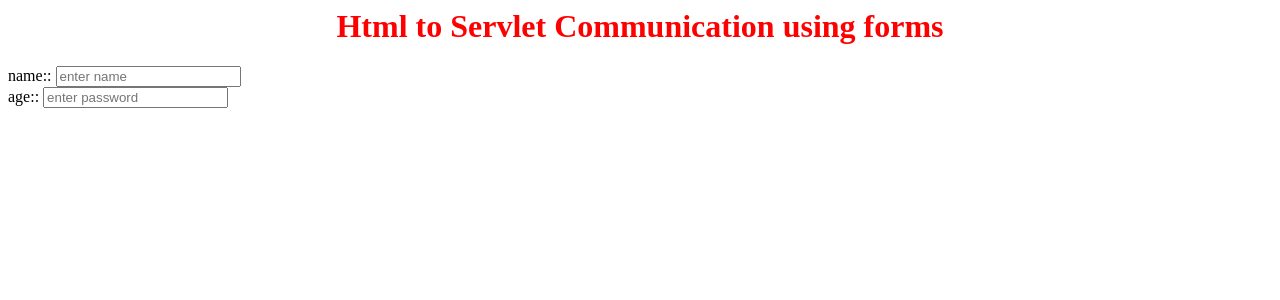
Repository: varunraj2297/AdvanceJavaWS
Page: AdvanceJavaWS/Proj-02-Html_to_Servlet_Communication_Using_forms/WebContent/input.html
The author's editor kept a copy of each file at every save. The page is drawn from the files as they stood at one save, then again after the next save.
The browser window is 1280 px wide. The pictures show the whole page.

Above is the page before, as saved 2019-03-15 09:11:37.

After the next save:
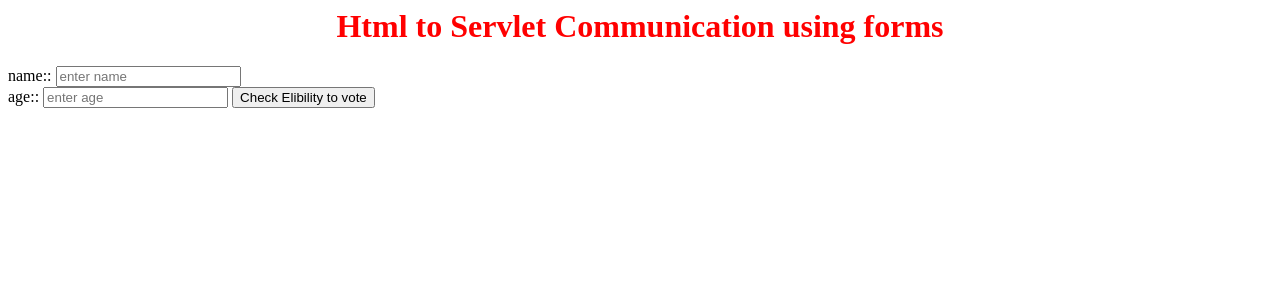
Saved 3 min 11 s later.
--- a/AdvanceJavaWS/Proj-02-Html_to_Servlet_Communication_Using_forms/WebContent/input.html
+++ b/AdvanceJavaWS/Proj-02-Html_to_Servlet_Communication_Using_forms/WebContent/input.html
@@ -5,7 +5,8 @@
 			<input type="text" placeholder="enter name"/>
 			<br>
 			<label>age::</label>
-			<input type="password" placeholder="enter password"/ >
+			<input type="text" placeholder="enter age"/ >
+			<input type="submit" value="Check Elibility to vote">
 
 	</form>
 
